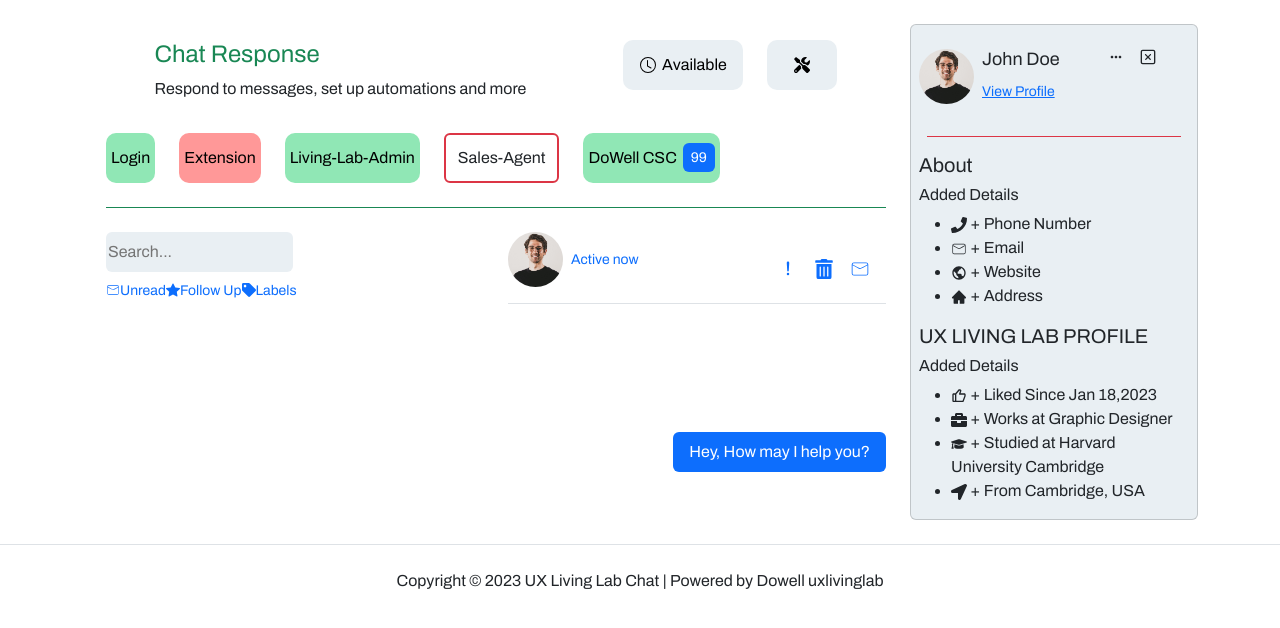
Repository: uh-sman/UX-Living-Lab-Chat
Page: /
An editor plug-in stored every save of this project. The page is shown before and after the next save, followed by the edit.
The browser window is 1280 px wide. The pictures show the whole page.
The project was rebuilt for these pictures with package versions that can differ from the ones it lists, and the page was loaded fresh each time.

Above is the page before, as saved 2023-05-10 18:37:54.

### public/index.html
<!DOCTYPE html>
<html lang="en">
  <head>
    <meta charset="utf-8" />
    <link rel="icon" href="%PUBLIC_URL%/favicon.ico" />
    <meta name="viewport" content="width=device-width, initial-scale=1" />
    <meta name="theme-color" content="#000000" />
    <meta
      name="description"
      content="Web site created using create-react-app"
    />
    <link rel="apple-touch-icon" href="%PUBLIC_URL%/logo192.png" />
    <!--
      manifest.json provides metadata used when your web app is installed on a
      user's mobile device or desktop. See https://developers.google.com/web/fundamentals/web-app-manifest/
    -->
    <link rel="manifest" href="%PUBLIC_URL%/manifest.json" />
    <!-- font awsome CDN -->

    <link
      rel="stylesheet"
      href="https://cdn.jsdelivr.net/npm/@fortawesome/fontawesome-free@6.2.1/css/fontawesome.min.css"
      integrity="sha384-QYIZto+st3yW+o8+5OHfT6S482Zsvz2WfOzpFSXMF9zqeLcFV0/wlZpMtyFcZALm"
      crossorigin="anonymous"
    />
    <!--
      Notice the use of %PUBLIC_URL% in the tags above.
      It will be replaced with the URL of the `public` folder during the build.
      Only files inside the `public` folder can be referenced from the HTML.

      Unlike "/favicon.ico" or "favicon.ico", "%PUBLIC_URL%/favicon.ico" will
      work correctly both with client-side routing and a non-root public URL.
      Learn how to configure a non-root public URL by running `npm run build`.
    -->
    <title>React App</title>
  </head>
  <body>
    <noscript>You need to enable JavaScript to run this app.</noscript>
    <div id="root"></div>
    <!--
      This HTML file is a template.
      If you open it directly in the browser, you will see an empty page.

      You can add webfonts, meta tags, or analytics to this file.
      The build step will place the bundled scripts into the <body> tag.

      To begin the development, run `npm start` or `yarn start`.
      To create a production bundle, use `npm run build` or `yarn build`.
    -->
  </body>
</html>

### src/index.css
* {
  text-decoration: none;
}

### src/App.js
import "./App.css";
import "bootstrap/dist/css/bootstrap.min.css";
import "bootstrap/dist/js/bootstrap.bundle.min";
import Container from "./container";
import Footer from "./container/Footer";
function App() {
  return (
    <div className="App">
      <Container />
      <Footer />
    </div>
  );
}

export default App;

### src/App.css
@import url("https://fonts.googleapis.com/css2?family=Archivo&display=swap");
:root {
  --header-color: #0d7813;
  /* --button-color :#00000;
  --button-color :#90E7B5; */
  --bg-color: #e9eff3;
  /* #90E7B5 */

  --font: "Archivo", sans-serif;
}

* {
  text-decoration: none;
  /* list-style: none; */
  font-family: "Archivo", sans-serif;
}

.body {
  font-family: "Archivo", sans-serif;
}
.header {
  color: var(--header-color);
  font-family: "Archivo", sans-serif;
}
.button {
  display: flex;
  align-items: center;
  background: var(--bg-color);
  justify-content: center;
  height: 50px;
  width: 120px;
  gap: 6px;
  border: none;
  border-radius: 10px;
}
.button2 {
  display: flex;
  align-items: center;
  background: var(--bg-color);
  justify-content: center;
  height: 50px;
  width: 70px;
  gap: 6px;
  border: none;
  border-radius: 10px;
}
.button3 {
  display: flex;
  align-items: center;
  background: #90e7b5;
  justify-content: center;
  height: 50px;
  max-width: contain;
  padding: 0px 5px;
  gap: 6px;
  border: none;
  border-radius: 10px;
}
.button4 {
  display: flex;
  align-items: center;
  background: #ff9898;
  justify-content: center;
  height: 50px;
  max-width: contain;
  padding: 0px 5px;
  gap: 6px;
  border: none;
  border-radius: 10px;
}
.image-style {
  width: 55px;
  height: 55px;
  border-radius: 500px;
}
.cardBody {
  background-color: var(--bg-color);
}
.input {
  border: var(--bg-color);
  /* align-items: ; */
  outline: none;
  background: var(--bg-color);
}

### src/container/index.js
import React from "react";
import ChatSection from "./ChatSection";
import DetailsSection from "./DetailsSection";
const Container = () => {
  return (
    <div className="container">
      <div className="d-flex justify-content-around my-4">
        <ChatSection />
        <div className="d-hidden d-md-block">
          <DetailsSection />
        </div>
      </div>
    </div>
  );
};

export default Container;

### src/container/Footer.jsx
import React from "react";

const Footer = () => {
  return (
    <div className=" border-top">
      <div className="d-flex justify-content-center my-4">
        <div className="d-flex align-items-center">
          <p>
            Copyright &copy; 2023 UX Living Lab Chat | Powered by Dowell
            uxlivinglab
          </p>
        </div>
      </div>
    </div>
  );
};

export default Footer;

### src/container/ChatSection.js
import React from "react";
import ChatHeader from "./ChatItems/ChatHeader";
import ProfileHead from "./Chats/message/ProfileHead";
import SearchBar from "./Chats/SearchBar";

const ChatSection = () => {
  return (
    <div className="container">
      <ChatHeader />
      {/* chats come here */}
      <div className="d-flex  flex-column flex-md-column flex-lg-row flex-xl-row flex-xxl-row my-2">
        <SearchBar />
        <ProfileHead />
      </div>
    </div>
  );
};

export default ChatSection;

### src/container/DetailsSection.jsx
import React from "react";
import user from "../assets/user.jpg";
import AboutDetails from "./Details/AboutDetails";
import DetailsSectionButton from "./DetailsSectionButton";
const DetailsSection = ({ title, about }) => {
  return (
    <div>
      <div
        className="card"
        style={{ width: "18rem", backgroundColor: "#e9eff3" }}
      >
        <div className="mx-2">
          <div className="d-flex gap-5 mt-4 ">
            <figure className="d-flex gap-2">
              <img src={user} className=" image-style" />
              <div className="">
                <h4 className="body fw-bold" style={{ fontSize: "18px" }}>
                  {title}
                </h4>
                <a href="" className="fw-bold" style={{ fontSize: "14px" }}>
                  View Profile
                </a>
              </div>
            </figure>
            <DetailsSectionButton />
          </div>
          <div className="border-bottom border-danger mx-2 my-3"></div>
          <div className=""></div>
          {/* DETAILS */}
          <AboutDetails />
        </div>
      </div>
    </div>
  );
};
DetailsSection.defaultProps = {
  title: "John Doe",
  about: "About",
};

export default DetailsSection;

### src/container/ChatItems/ChatHeader.jsx
import React from "react";
import Buttons from "./Buttons";
import HeaderButtons from "./HeaderButtons";

const ChatHeader = ({ title, caption }) => {
  return (
    <div className="container">
      <div className=" d-flex justify-content-around my-3">
        <header>
          <h1 className="header fs-4 fw-bold text-success">{title}</h1>
          <p className="fw-medium  Header-font">{caption}</p>
        </header>
        <HeaderButtons />
      </div>
      <Buttons />
      <div className="border-bottom border-success my-4"></div>
    </div>
  );
};

export default ChatHeader;
ChatHeader.defaultProps = {
  title: "Chat Response",
  caption: "Respond to messages, set up automations and more",
};

### src/container/Chats/message/ProfileHead.jsx
import React from "react";
import { FaTrashAlt } from "react-icons/fa";
import user from "../../../assets/user.jpg";
import ChatIcons from "./ChatIcons";
import Message from "./Message";
const ProfileHead = () => {
  return (
    <div className="container overflow-y-scroll">
      <div className="d-flex justify-content-between  align-items-center border-bottom">
        <figure className="d-flex gap-2 align-items-center">
          <img src={user} className=" image-style" />
          <div className="">
            {/* Status active now if true show active */}
            <small className="text-primary">Active now</small>
          </div>
        </figure>
        <ChatIcons />
      </div>
      <Message />
    </div>
  );
};

export default ProfileHead;

### src/container/Chats/SearchBar.jsx
import React from "react";
import { FaSearch } from "react-icons/fa";
import Icons from "./Icons";
// BsStarFill;
const SearchBar = () => {
  return (
    <div className="container">
      <div className="overflow-y-scroll">
        <form>
          <input
            className="input rounded bi bi-search py-2"
            placeholder="Search..."
          />
          {/* <i className="bi bi-search"></i> */}
        </form>
        <Icons />
      </div>
    </div>
  );
};

export default SearchBar;

### src/container/Details/AboutDetails.jsx
import React from "react";
import {
  FaPhone,
  FaBriefcase,
  FaGraduationCap,
  FaLocationArrow,
} from "react-icons/fa";
import { CiMail } from "react-icons/ci";
import { BiWorld, BiLike } from "react-icons/bi";
import { AiFillHome } from "react-icons/ai";
const AboutDetails = ({ title, ux }) => {
  const data = [
    {
      phone: "Phone Number",
      email: "Email",
      web: "Website",
    },
  ];
  return (
    <div>
      <div className="">
        <h5>{title}</h5>
        <main>
          <h6>Added Details</h6>
          <div className="">
            <ul>
              <li>
                <FaPhone /> + Phone Number
              </li>
              <li>
                <CiMail /> + Email
              </li>
              <li>
                <BiWorld /> + Website
              </li>
              <li>
                <AiFillHome /> + Address
              </li>
            </ul>
          </div>
        </main>
      </div>
      <div className="">
        <h5>{ux}</h5>
        <main>
          <h6>Added Details</h6>
          <div className="">
            <ul>
              <li>
                <BiLike /> + Liked Since Jan 18,2023
                {/* date from the api */}
              </li>
              <li>
                <FaBriefcase /> + Works at Graphic Designer
              </li>
              <li>
                <FaGraduationCap /> + Studied at Harvard University Cambridge
                {/* Place of work from the api */}
              </li>
              <li>
                <FaLocationArrow /> + From Cambridge, USA
              </li>
            </ul>
          </div>
        </main>
      </div>
    </div>
  );
};

export default AboutDetails;

AboutDetails.defaultProps = {
  title: "About",
  ux: "UX LIVING LAB PROFILE",
};

### src/container/DetailsSectionButton.jsx
import React from "react";
import { MdOutlineMoreHoriz } from "react-icons/md";
import { CgCloseR } from "react-icons/cg";
const DetailsSectionButton = () => {
  return (
    <div>
      <div className="d-flex gap-3">
        <MdOutlineMoreHoriz />
        <CgCloseR />
      </div>
    </div>
  );
};

export default DetailsSectionButton;

### src/container/ChatItems/Buttons.jsx
import React from "react";

const Buttons = () => {
  return (
    <div className="d-flex gap-4">
      <button type="button" className="button3">
        Login
      </button>
      <button type="button" className="button4">
        Extension
      </button>
      <button type="button" className="button3">
        Living-Lab-Admin
      </button>
      <button type="button" className="btn border-danger border-2">
        Sales-Agent
      </button>
      <button type="button" className="button3">
        DoWell CSC
        <small className="bg-primary text-white px-2 py-1 rounded">
          {"99"}
        </small>
      </button>
    </div>
  );
};

export default Buttons;

### src/container/ChatItems/HeaderButtons.jsx
import React from "react";
import { BsClock } from "react-icons/bs";
import { FaTools } from "react-icons/fa";
const HeaderButtons = () => {
  return (
    <div className="d-flex gap-4">
      <button type="button" className="button">
        <BsClock className="" />
        Available
      </button>
      <button type="button" className="button2">
        <FaTools />
      </button>
    </div>
  );
};

export default HeaderButtons;

### src/container/Chats/message/ChatIcons.jsx
import React from "react";
import { FaTrashAlt } from "react-icons/fa";
import { BsExclamationLg } from "react-icons/bs";
import { CiMail } from "react-icons/ci";
const ChatIcons = () => {
  return (
    <div className="mx-3">
      <div className="d-flex gap-3">
        <small className="text-primary fs-5"></small>
        <small className="text-primary fs-5">
          <BsExclamationLg />
        </small>
        <small className="text-primary fs-5">
          <FaTrashAlt />
        </small>

        <small className="text-primary fs-5">
          <CiMail />
        </small>
      </div>
    </div>
  );
};

export default ChatIcons;

### src/container/Chats/message/Message.jsx
import React, { useState } from "react";

const Message = () => {
  const [message, setMessage] = useState(true);
  return (
    <div className="">
      <div className="d-flex justify-content-end ">
        {message ? (
          <div
            className="bg-primary text-white rounded d-flex align-items-center align-self-end"
            style={{
              width: "auto",
              height: "40px",
              listStyle: "none",
              marginTop: "8rem",
            }}
          >
            <li className="mx-3">Hey, How may I help you? </li>
          </div>
        ) : null}
      </div>
    </div>
  );
};

export default Message;

### src/container/Chats/Icons.jsx
import React from "react";
import { CiMail } from "react-icons/ci";
import { BsStarFill } from "react-icons/bs";
import { FaTag } from "react-icons/fa";
const Icons = () => {
  return (
    <div>
      <div className="d-flex text-primary my-2">
        <small className="d-flex align-items-center">
          <CiMail /> Unread
        </small>
        <small className="d-flex align-items-center">
          <BsStarFill /> Follow Up
        </small>
        <small className="d-flex align-items-center">
          <FaTag />
          Labels
        </small>
      </div>
    </div>
  );
};

export default Icons;

Loaded but not shown: src/index.js (common file)

After the next save:
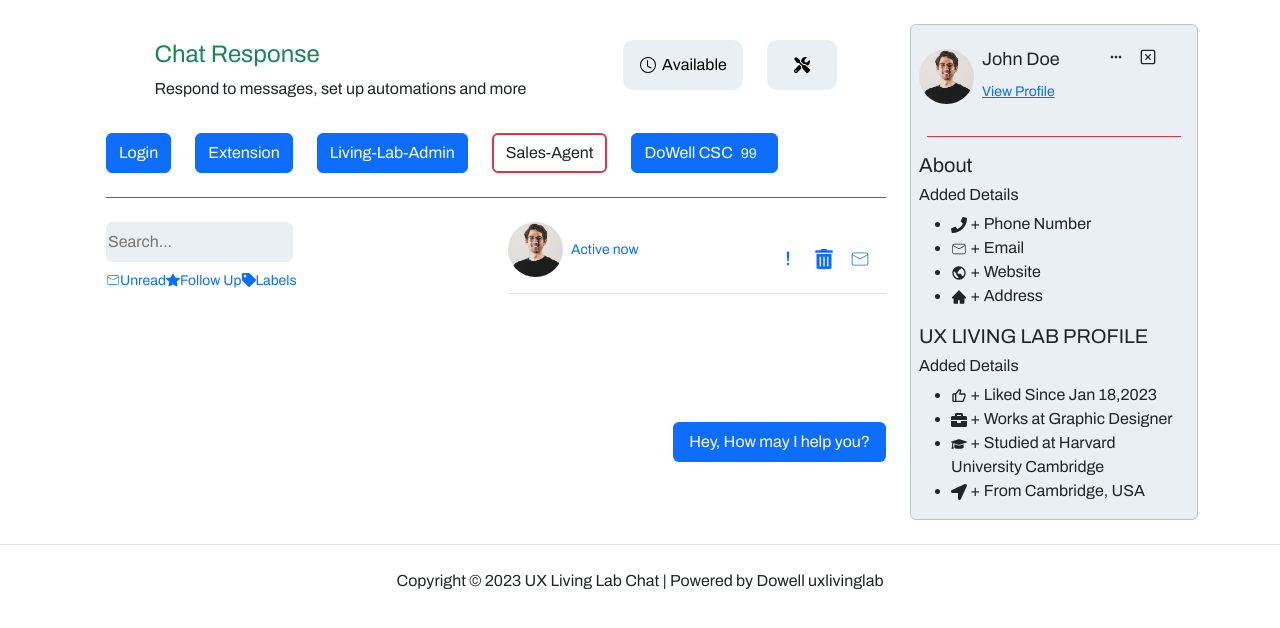
Saved 61 s later.
--- a/src/container/ChatItems/Buttons.jsx
+++ b/src/container/ChatItems/Buttons.jsx
@@ -3,19 +3,19 @@ import React from "react";
 const Buttons = () => {
   return (
     <div className="d-flex gap-4">
-      <button type="button" className="button3">
+      <button type="button" className="btn btn-primary">
         Login
       </button>
-      <button type="button" className="button4">
+      <button type="button" className="btn btn-primary">
         Extension
       </button>
-      <button type="button" className="button3">
+      <button type="button" className="btn btn-primary">
         Living-Lab-Admin
       </button>
       <button type="button" className="btn border-danger border-2">
         Sales-Agent
       </button>
-      <button type="button" className="button3">
+      <button type="button" className="btn btn-primary">
         DoWell CSC
         <small className="bg-primary text-white px-2 py-1 rounded">
           {"99"}
